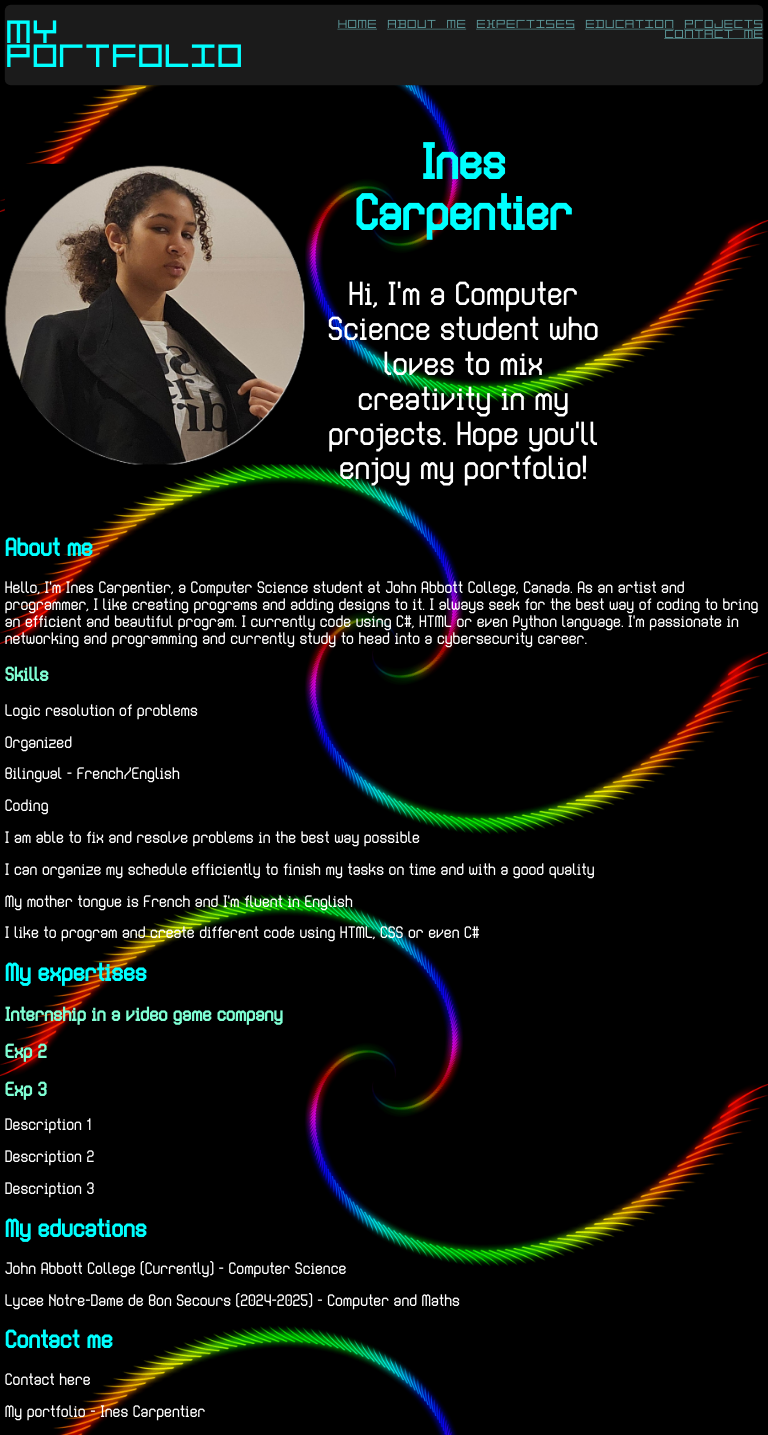
Repository: InsCarp/InsCarp
Page: index.html
These files come from the project's save history. The page is drawn as it stood at one moment and after the next save; the edit follows.
The browser window is 1280 px wide. The pictures show the whole page, at 60% of full size.
Backgrounds fixed to the window are drawn as part of the page.

Above is the page before, as saved 2026-05-06 10:36:59.

After the next save:
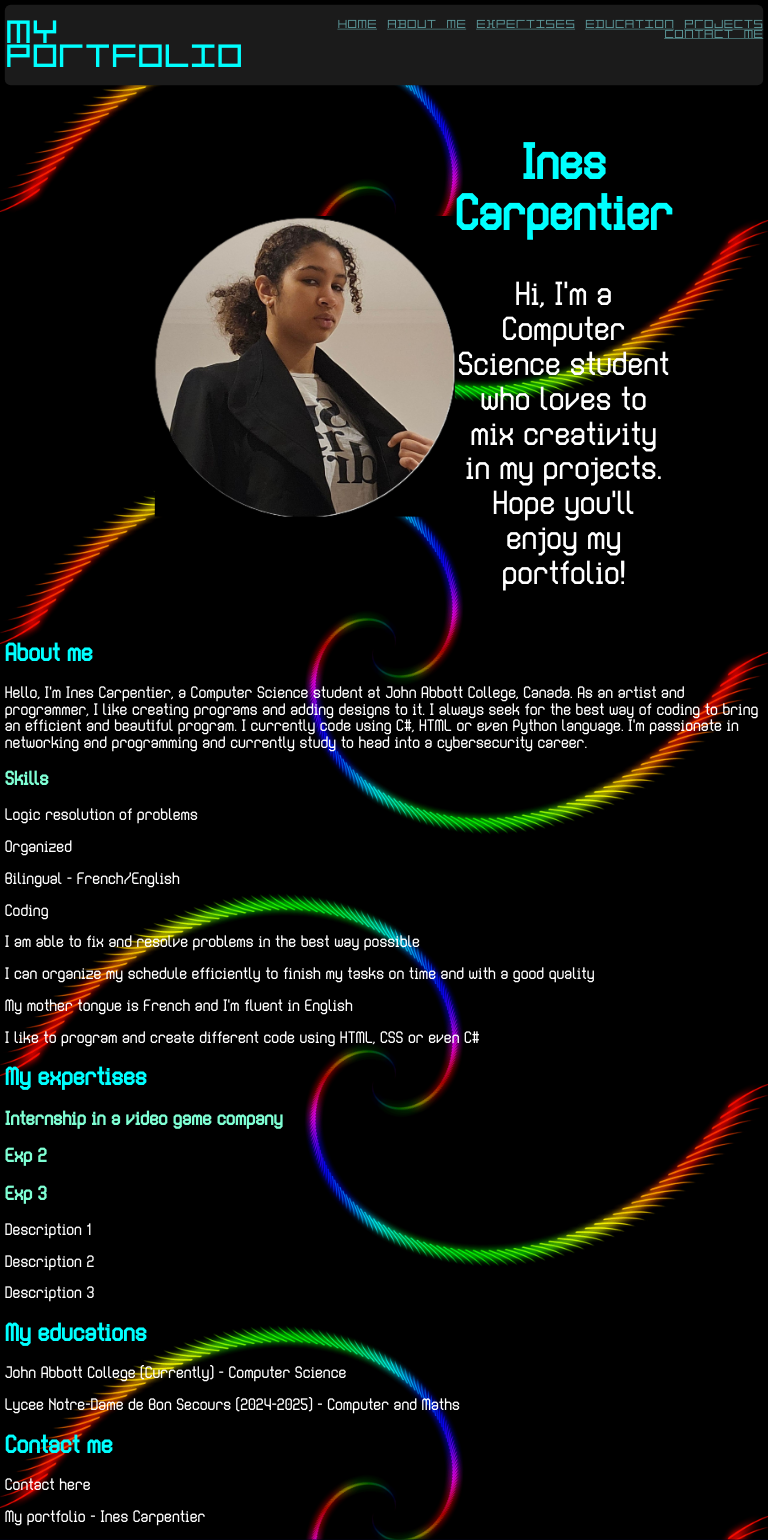
Saved 35 s later.
--- a/styles/index.css
+++ b/styles/index.css
@@ -33,4 +33,8 @@
     width: 20rem;
     margin-right: 10rem;
 }
+
+#Me{
+    margin-left:10rem;
 }
+}
